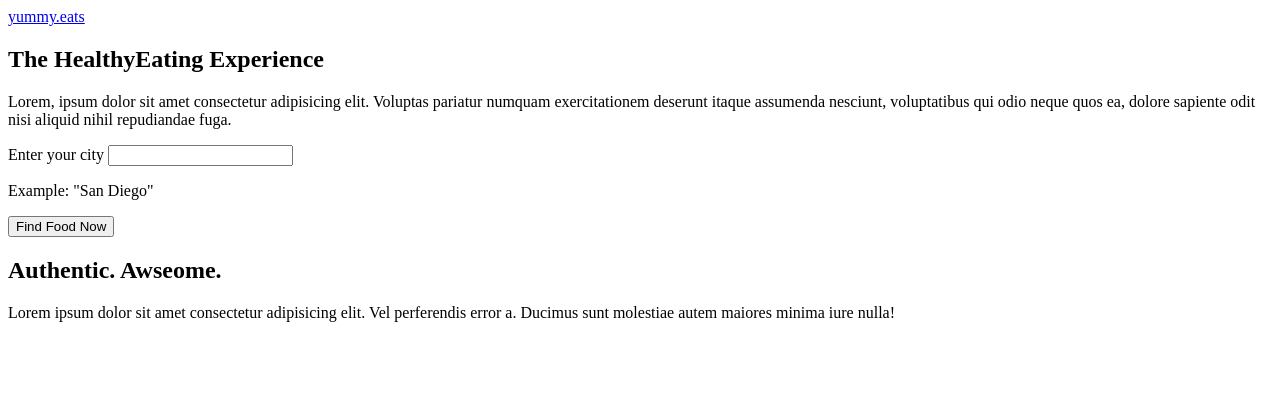
Repository: MansiLadkar/food_frontend
Page: index.html
These files come from the project's save history. The page is drawn as it stood at one moment and after the next save; the edit follows.
The browser window is 1280 px wide. The pictures show the whole page.

Above is the page before, as saved 2023-01-13 13:30:21.

After the next save:
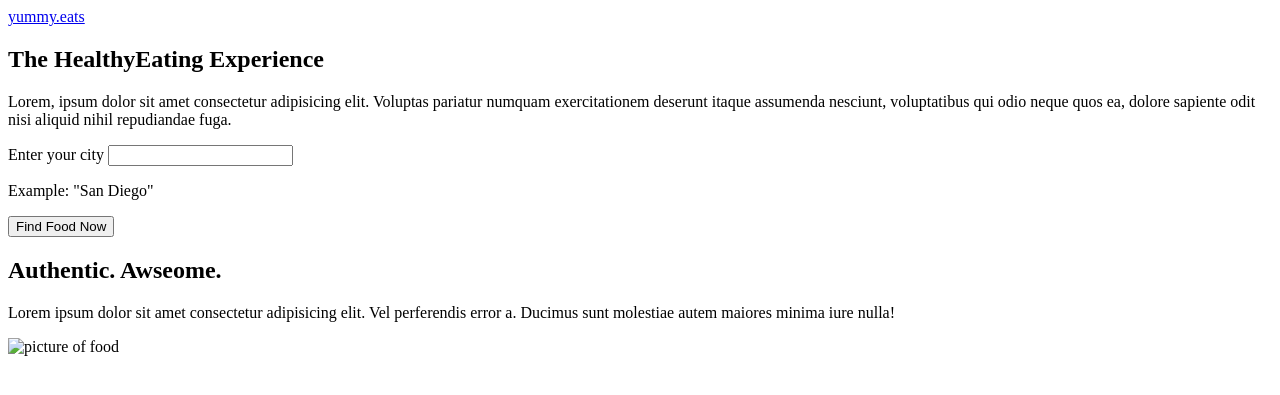
Not found: pictures/food.jpg
Saved 3 min 15 s later.
--- a/index.html
+++ b/index.html
@@ -41,6 +41,7 @@
           nulla!
         </p>
       </div>
+      <img src="pictures/food.jpg" alt="picture of food" />
     </section>
   </body>
 </html>
